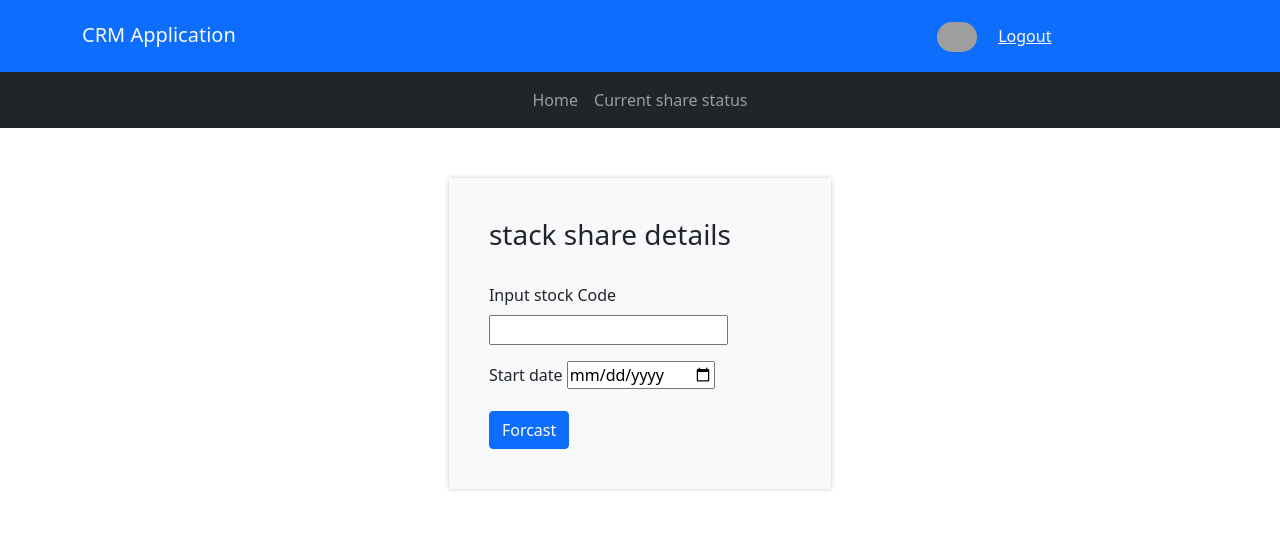
Repository: DevloperSudip/Insight-Dashboard
Page: http://localhost/DashProject/WEB-INF/views/forcastdata.jsp
These files come from the project's save history. The page is drawn as it stood at one moment and after the next save; the edit follows.
The browser window is 1280 px wide. The pictures show the whole page.
Pictures or frames that could not be fetched are drawn as grey boxes. The page is served by Tomcat 10. Nobody is signed in. Other server files are loaded and not shown. The template is opened directly, without the code that normally fills it, so the values that code supplies are empty.

Above is the page before, as saved 2024-04-24 09:40:05.

### DashProject_FinalProject/DashProject/src/main/webapp/WEB-INF/views/forcastdata.jsp
<%@ page language="java" contentType="text/html; charset=ISO-8859-1"
    pageEncoding="ISO-8859-1"%>
<!DOCTYPE html>
<html>
<head>
<meta charset="ISO-8859-1">
<title>Insert title here</title>
<meta charset="utf-8">
        <meta name="viewport" content="width=device-width, initial-scale=1">
        <link href="https://cdn.jsdelivr.net/npm/bootstrap@5.0.2/dist/css/bootstrap.min.css" rel="stylesheet" />
        <script src="https://cdn.jsdelivr.net/npm/bootstrap@5.0.2/dist/js/bootstrap.bundle.min.js"></script>

        <link rel="stylesheet" type="text/css" href="css/style.css" />

        <script src="https://cdnjs.cloudflare.com/ajax/libs/Chart.js/2.9.4/Chart.js"></script>
</head>
<body>
 <jsp:include page="header-employee.jsp" />

<div class="container-fluid">
			<div class="container">


				<div class="row">
					<div class="col-3"></div>
					<div class="col-6 d-flex justify-content-center">
						<div class="addemp_div_design bg-light">
							<h3>stack share details  </h3>
							<br />
							<form action="addEmpForm" method="post" >
								<div class="mb-3">
									<label class="form-label">Input stock Code</label>
									<input type="text" name="stockCode" id="stockCode"/>

								</div>
								<div class="mb-3">
									<label class="form-label">Start date</label>
									<input type="date" name="startdate" id="startdate"/>
								</div>

								<input type="submit" value="Forcast" class="btn btn-primary" />
							</form>
						</div>
					</div>
					<div class="col-3"></div>
				</div>
			</div>
		</div>
</body>
</html>

### DashProject_FinalProject/DashProject/src/main/webapp/WEB-INF/views/header-employee.jsp
<%@ page language="java" contentType="text/html; charset=ISO-8859-1"
    pageEncoding="ISO-8859-1"%>
<!DOCTYPE html>
<html>
	<head>
		<meta charset="ISO-8859-1">
		<title>Insert title here</title>
	</head>
	<body>
		<div class="container-fluid bg-primary header_design">
            <div class="container">
                <div class="row">
                    <div class="col-3">
                        <a href="homeEmployee" class="navbar-brand text-light"> CRM Application </a>
                    </div>
                    <div class="col-6"> </div>
                    <div class="col-3">
                        <a class="navbar-brand text-light" href="profileEmployee">
                            <img src="images/admin_profile_pic.png" alt="" style="width:40px;" class="rounded-pill">
                            ${session_employee.getName()}
                        </a>
                        <a href="logout" class="text-light"> Logout </a>
                    </div>
                </div>
            </div>
        </div>

        <nav class="navbar navbar-expand-sm bg-dark navbar-dark container-fluid">
            <div class="container">
                <button class="navbar-toggler" type="button" data-bs-toggle="collapse" data-bs-target="#collapsibleNavbar">
                    <span class="navbar-toggler-icon"></span>
                </button>
                <div class="collapse navbar-collapse justify-content-center" id="collapsibleNavbar">
                    <ul class="navbar-nav">
                    	<li class="nav-item">
                            <a class="nav-link" href="homeEmployee">Home</a>
                        </li>
                       <!--  <li class="nav-item">
                            <a class="nav-link" href="customerEnquiryPage">Customer's Enquiry</a>
                        </li>
                        <li class="nav-item">
                            <a class="nav-link" href="customerFolloupPage">Customer Follow Ups</a>
                        </li> -->
                    <li class="nav-item">
                            <a class="nav-link" href="forcast">Current share status</a>
                        </li>
                    </ul>
                </div>
            </div>
        </nav>
	</body>
</html>

### DashProject_FinalProject/DashProject/src/main/resources/static/css/style.css
.header_design
{
    height: auto;
    width: 100%;
    float: left;
    padding: 20px;
}
.main_page_banner
{
    height: auto;
    width: auto;
    background-image: url('https://c4.wallpaperflare.com/wallpaper/163/392/912/map-wold-map-technology-world-wallpaper-preview.jpg');
    /* opacity: .8; */
    /* background-size: cover; */
}
.main_page_title
{
    float: left;
    margin-top: 80px;
    font-size: 26px;
    color: white;
    text-shadow: 1px 1px 1px #ffff00;
}
.login_div_design
{
    padding: 40px;
    box-shadow: 0px 0px 5px #cccccc;
    float: left;
    margin-top: 50px;
}
.addemp_div_design
{
    width: 70%;
    padding: 40px;
    box-shadow: 0px 0px 5px #cccccc;
    float: left;
    margin-top: 50px;
}
.form_div_design
{
	width: 100%;
	padding: 40px;
	box-shadow: 0px 0px 5px #cccccc;
	float: left;
    margin-top: 20px;
}
.error_message_design
{
	color: red;
	font-size: 14px;
	font-weight: bold;
}
.course_details_div
{
	height: auto;
	width: auto;
	padding: 20px;
	box-shadow: 0px 0px 5px #cccccc;
}

After the next save:
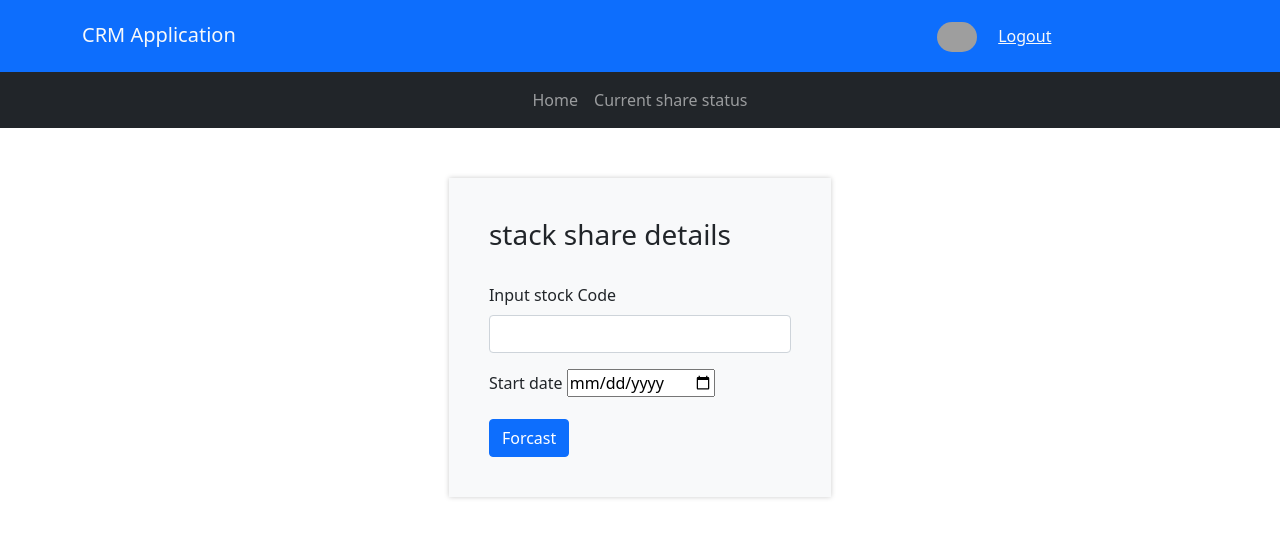
Saved 93 s later.
--- a/DashProject_FinalProject/DashProject/src/main/webapp/WEB-INF/views/forcastdata.jsp
+++ b/DashProject_FinalProject/DashProject/src/main/webapp/WEB-INF/views/forcastdata.jsp
@@ -30,7 +30,7 @@
 							<form action="addEmpForm" method="post" >
 								<div class="mb-3">
 									<label class="form-label">Input stock Code</label>
-									<input type="text" name="stockCode" id="stockCode"/>
+									<input type="text" name="stockCode" id="stockCode " Class="form-control"/>
 
 								</div>
 								<div class="mb-3">
